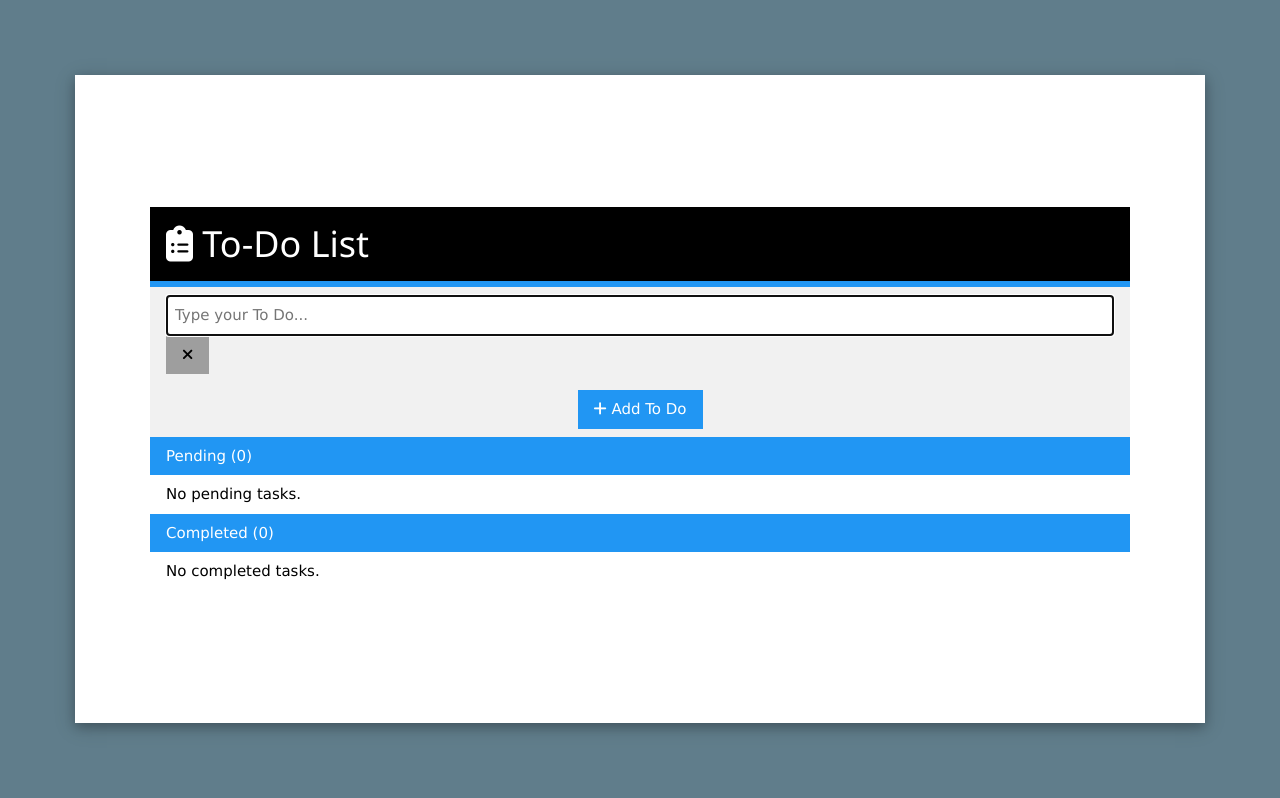
Repository: bclover/vue3-design-patterns-book
Page: /
An editor plug-in stored every save of this project. The page is shown before and after the next save, followed by the edit.
The browser window is 1280 px wide. The pictures show the whole page.
The project was rebuilt for these pictures with package versions that can differ from the ones it lists, and the page was loaded fresh each time. Also part of the build but not shown: vite.config.ts.

Above is the page before, as saved 2023-06-19 22:47:41.

### index.html
<!DOCTYPE html>
<html lang="en">
    <head>
        <meta charset="UTF-8" />
        <link rel="icon" type="image/svg+xml" href="/vite.svg" />
        <link rel="stylesheet" href="/css/w3.css" />
        <link rel="stylesheet" href="/css/fontawesome.min.css" />
        <link rel="stylesheet" href="/css/solid.min.css" />
        <link rel="stylesheet" href="/css/brands.min.css" />
        <meta name="viewport" content="width=device-width, initial-scale=1.0" />
        <title>To Do</title>
    </head>
    <body>
        <div id="app"></div>
        <script type="module" src="/src/main.ts"></script>
    </body>
</html>

### src/App.vue
<script lang="ts" setup>
import ToDos from './components/ToDos.vue';
</script>

<template>
  <div class="app w3-blue-gray">
    <ToDos></ToDos>
  </div>
</template>

<style scoped>
.app {
  display: flex;
  justify-content: center;
  width: 100vw;
  min-height: 100vh;
  padding: 5rem;
}
</style>

### src/components/ToDos.vue
<script lang="ts" setup>
import { computed, ref } from 'vue';

interface ToDo {
  id: number;
  text: string;
  checked: boolean;
}
const _todo_text = ref('');
const _todo_list = ref<ToDo[]>([]);
const _pending = computed(() => {
  return _todo_list.value.filter((todo: ToDo) => !todo.checked);
});
const _done = computed(() => {
  return _todo_list.value.filter((todo: ToDo) => todo.checked);
});
function clearToDo(): void {
  _todo_text.value = '';
}
function addToDo() {
  if (_todo_text.value && _todo_text.value !== '') {
    _todo_list.value.push({
      id: new Date().valueOf(),
      text: _todo_text.value,
      checked: false,
    });
    clearToDo();
  }
}
</script>

<template>
  <div class="todo-container w3-white w3-card-4">
    <!-- Header -->
    <div class="w3-container w3-black w3-margin-0 w3-bottombar w3-border-blue">
      <h1>
        <i class="fa-solid fa-clipboard-list"></i>
        To-Do List
      </h1>
    </div>

    <!-- Remove & Add Buttons -->
    <div class="w3-container flex-container w3-light-gray w3-padding">
      <input
        class="w3-input w3-rest w3-border"
        type="text"
        autofocus
        v-model="_todo_text"
        @keyup.enter="addToDo()"
        placeholder="Type your To Do..."
      />
      <button
        class="w3-button w3-gray"
        style="width: 43px"
        @click="clearToDo()"
      >
        <i class="fa-solid fa-times"></i>
      </button>
    </div>

    <div class="w3-container flex-container w3-light-gray w3-padding w3-center">
      <button class="w3-button w3-blue" @click="addToDo()">
        <i class="fa-solid fa-plus"></i>
        Add To Do
      </button>
    </div>

    <!-- Pending Todos Heading -->
    <div class="w3-padding w3-blue">Pending ({{ _pending.length }})</div>

    <!-- List of Pending Todos -->
    <div class="w3-padding" v-for="todo in _pending" :key="todo.id">
      <label>
        <input type="checkbox" v-model="todo.checked" />
        <span class="w3-margin-left">
          {{ todo.text }}
        </span>
      </label>
    </div>

    <!-- No Pending Tasks -->
    <div class="w3-padding" v-show="_pending.length == 0">
      No pending tasks.
    </div>

    <!-- Completed Todos Heading -->
    <div class="w3-padding w3-blue">Completed ({{ _done.length }})</div>

    <!-- List of Completed Todos -->
    <div class="w3-padding" v-for="todo in _done" :key="todo.id">
      <label>
        <input type="checkbox" v-model="todo.checked" />
        <span class="w3-margin-left">
          {{ todo.text }}
        </span>
      </label>
    </div>

    <!-- No Completed Todos -->
    <div class="w3-padding" v-show="_done.length == 0">No completed tasks.</div>
  </div>
</template>

<style scoped>
.todo-container {
  display: flex;
  flex-direction: column;
  justify-content: center;
  width: 90vw;
  min-height: 90vh;
  padding: 5rem;
}
</style>

Loaded but not shown: src/main.ts (common file); public/css/w3.css (library); public/css/fontawesome.min.css (library); public/css/solid.min.css (common file); public/css/brands.min.css (library)

After the next save:
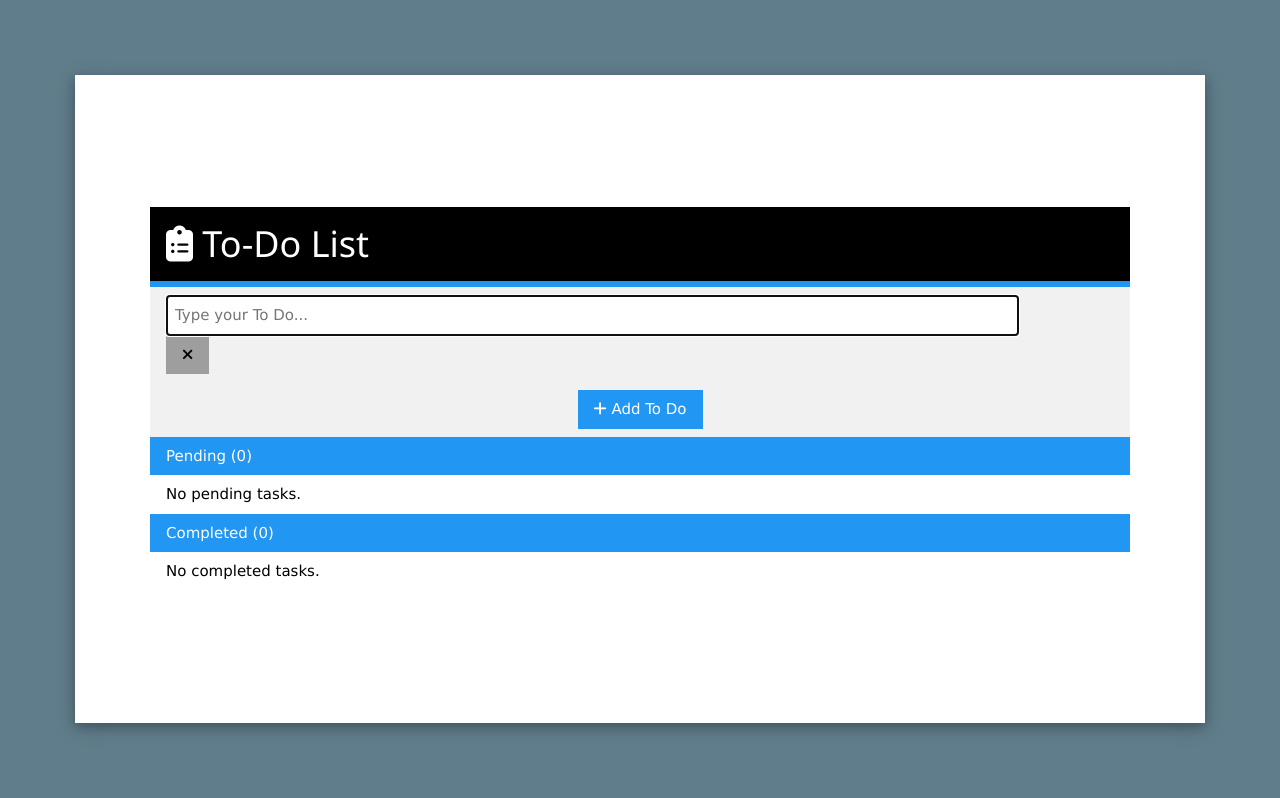
Saved 2 min 18 s later.
--- a/src/components/ToDos.vue
+++ b/src/components/ToDos.vue
@@ -42,18 +42,15 @@ function addToDo() {
     <!-- Remove & Add Buttons -->
     <div class="w3-container flex-container w3-light-gray w3-padding">
       <input
-        class="w3-input w3-rest w3-border"
+        class="w3-input w3-border"
         type="text"
+        style="width: 90%"
         autofocus
         v-model="_todo_text"
         @keyup.enter="addToDo()"
         placeholder="Type your To Do..."
       />
-      <button
-        class="w3-button w3-gray"
-        style="width: 43px"
-        @click="clearToDo()"
-      >
+      <button class="w3-button w3-rest w3-gray" @click="clearToDo()">
         <i class="fa-solid fa-times"></i>
       </button>
     </div>
